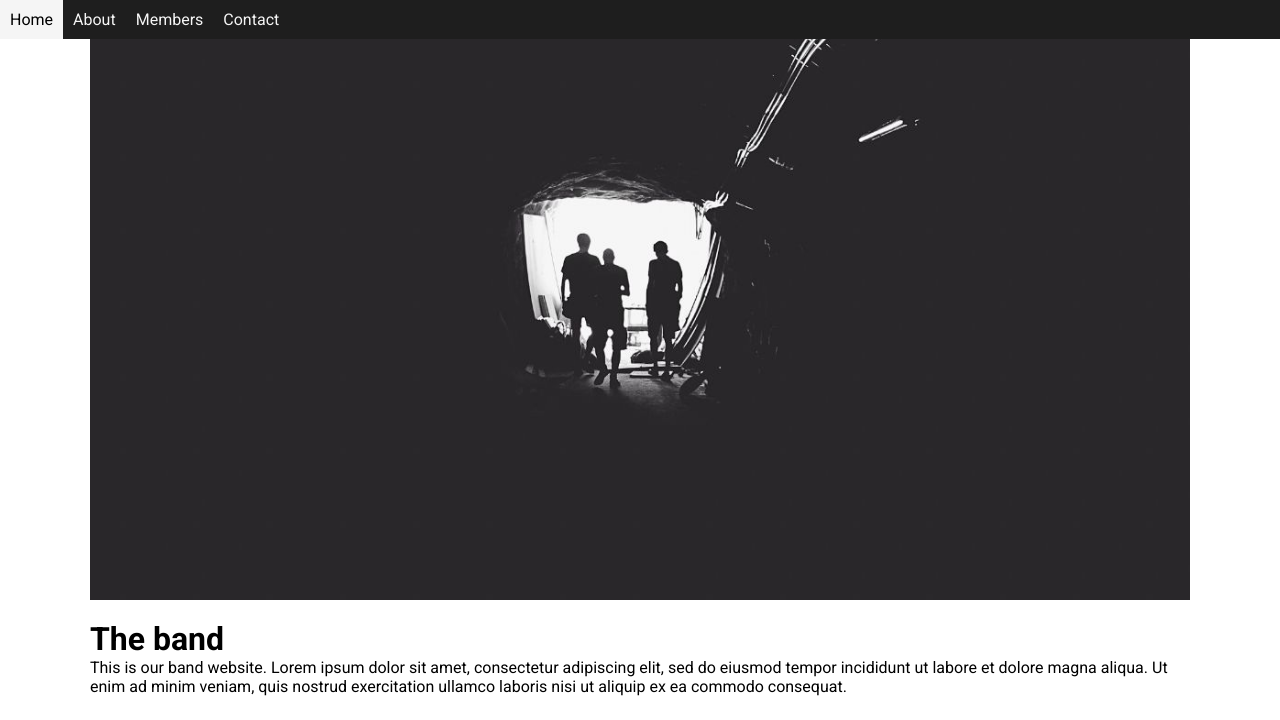
Repository: hieu-22/w3_band_UI
Page: index.html
An editor plug-in stored every save of this project. The page is shown before and after the next save, followed by the edit.
The browser window is 1280 px wide. The pictures show the whole page.

Above is the page before, as saved 2022-12-30 09:23:02.

After the next save:
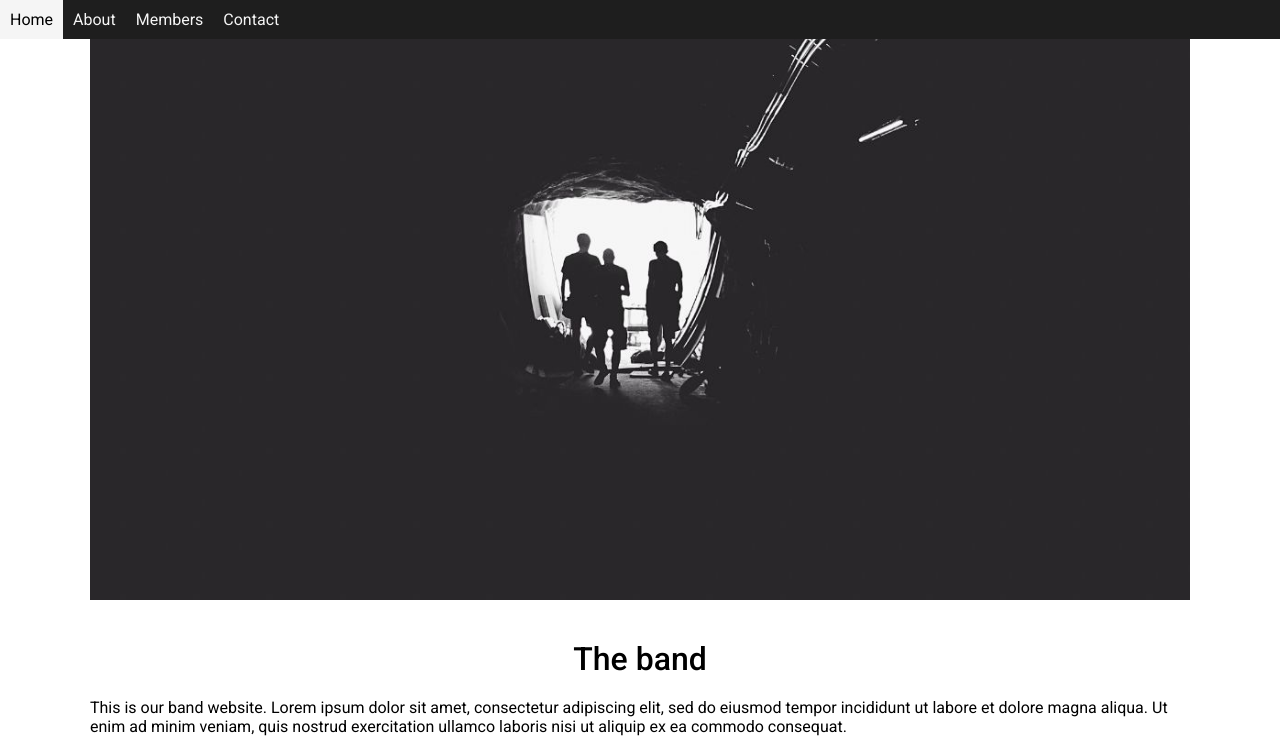
Saved 12 s later.
--- a/index.html
+++ b/index.html
@@ -31,8 +31,8 @@
 
     <main class="content">
         <div class="content__about">
-            <h1>The band</h1>
-            <p>This is our band website. Lorem ipsum dolor sit amet, consectetur adipiscing elit, sed do eiusmod tempor incididunt ut labore et dolore magna aliqua. Ut enim ad minim veniam, quis nostrud exercitation ullamco laboris nisi ut aliquip ex ea commodo consequat.
+            <h1 class="content__about-name">The band</h1>
+            <p class="content__about-description"> This is our band website. Lorem ipsum dolor sit amet, consectetur adipiscing elit, sed do eiusmod tempor incididunt ut labore et dolore magna aliqua. Ut enim ad minim veniam, quis nostrud exercitation ullamco laboris nisi ut aliquip ex ea commodo consequat.
             </p>
         </div>
     </main>
